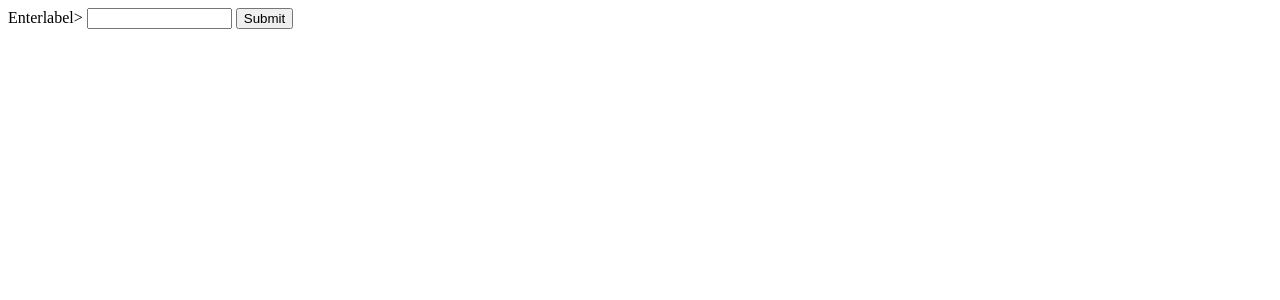
Repository: vanarla/Day8
Page: HelloWorld/WebContent/home.html
These files come from the project's save history. The page is drawn as it stood at one moment and after the next save; the edit follows.
The browser window is 1280 px wide. The pictures show the whole page.

Above is the page before, as saved 2018-09-05 09:43:00.

After the next save:
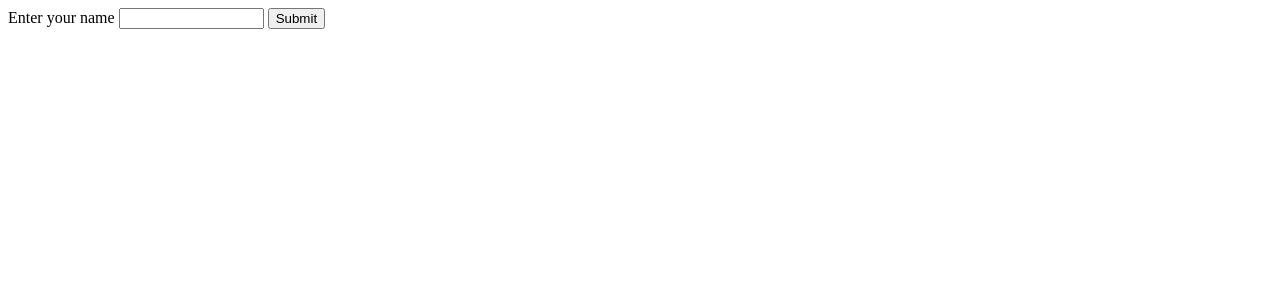
Saved 2 min 52 s later.
--- a/HelloWorld/WebContent/home.html
+++ b/HelloWorld/WebContent/home.html
@@ -9,7 +9,7 @@
  -->
  <form action="greet" method="post">
 
- <label>Enter</label>label>
+ <label>Enter your name</label>
  <input type="text" name="username" size="15"/>
  <input type="submit"/>
  </form>
